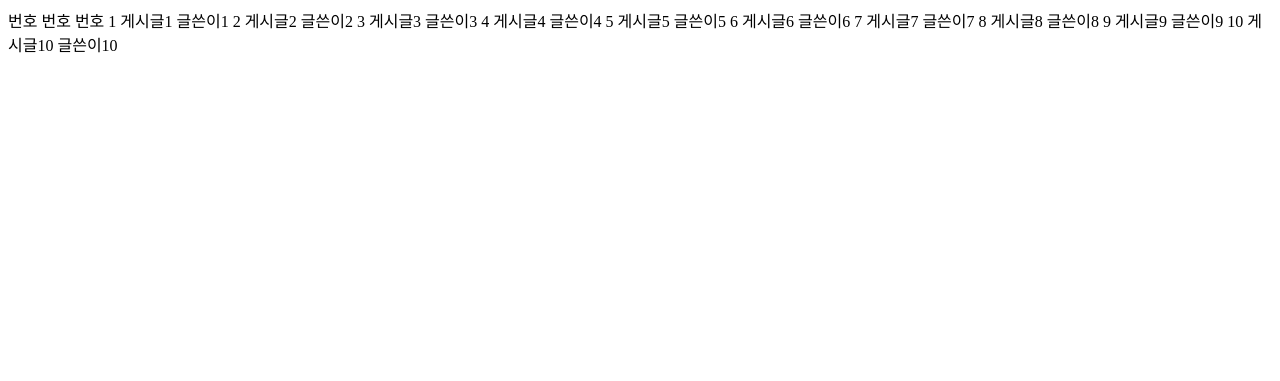
Repository: Rccn3202/Springboot_study_pack
Page: http://localhost/web/list.jsp
These files come from the project's save history. The page is drawn as it stood at one moment and after the next save; the edit follows.
The browser window is 1280 px wide. The pictures show the whole page.
The page is served by Tomcat 9.

Above is the page before, as saved 2023-05-03 03:29:43.

After the next save:
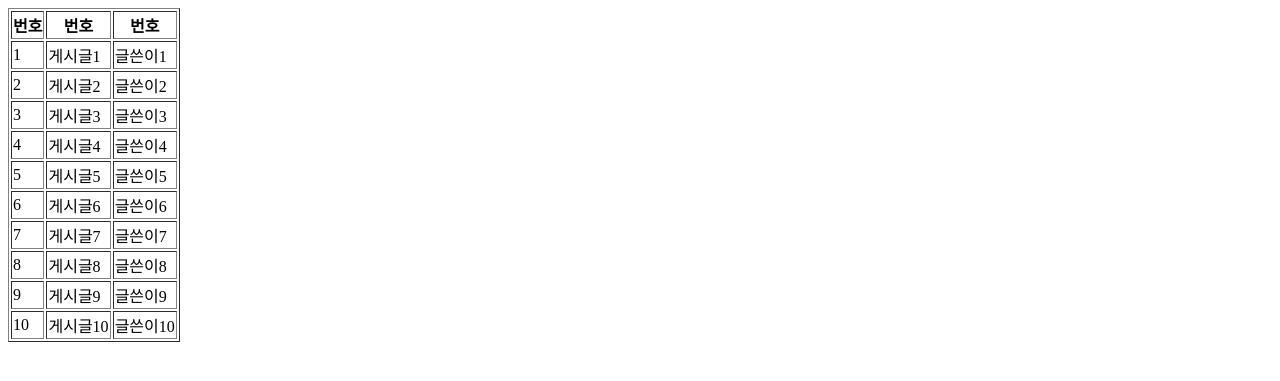
Saved 33 s later.
--- a/web/src/main/webapp/list.jsp
+++ b/web/src/main/webapp/list.jsp
@@ -24,6 +24,7 @@ for(int i=1;i<=10;i++){
 <title>Insert title here</title>
 </head>
 <body>
+<table border="1">
 <tr>
 <th>번호</th>
 <th>번호</th>
